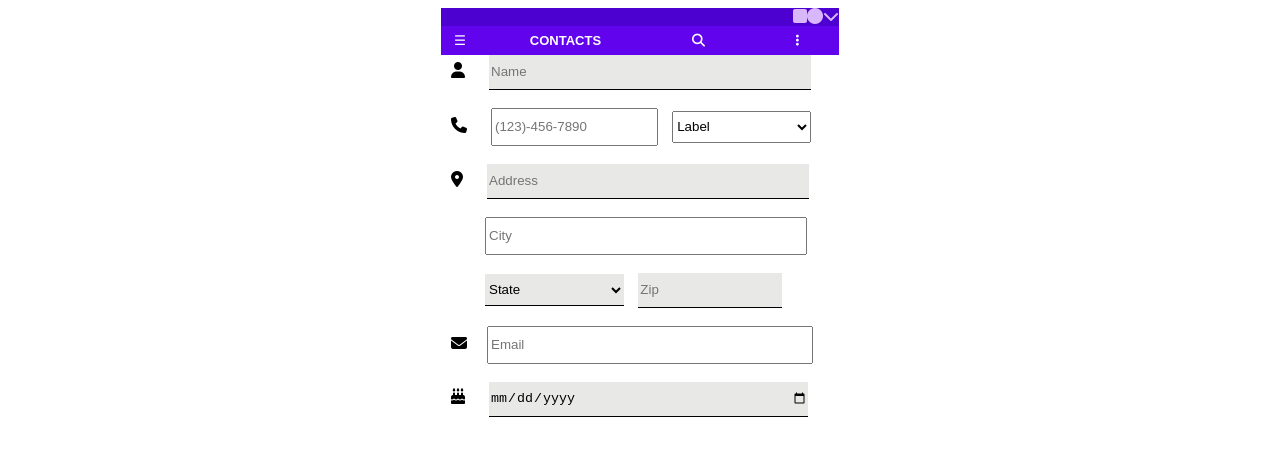
Repository: Sc-Juju/Mobile-Form
Page: index.html
These files come from the project's save history. The page is drawn as it stood at one moment and after the next save; the edit follows.
The browser window is 1280 px wide. The pictures show the whole page.
Some web libraries are served in a nearby version.

Above is the page before, as saved 2022-10-27 22:19:31.

After the next save:
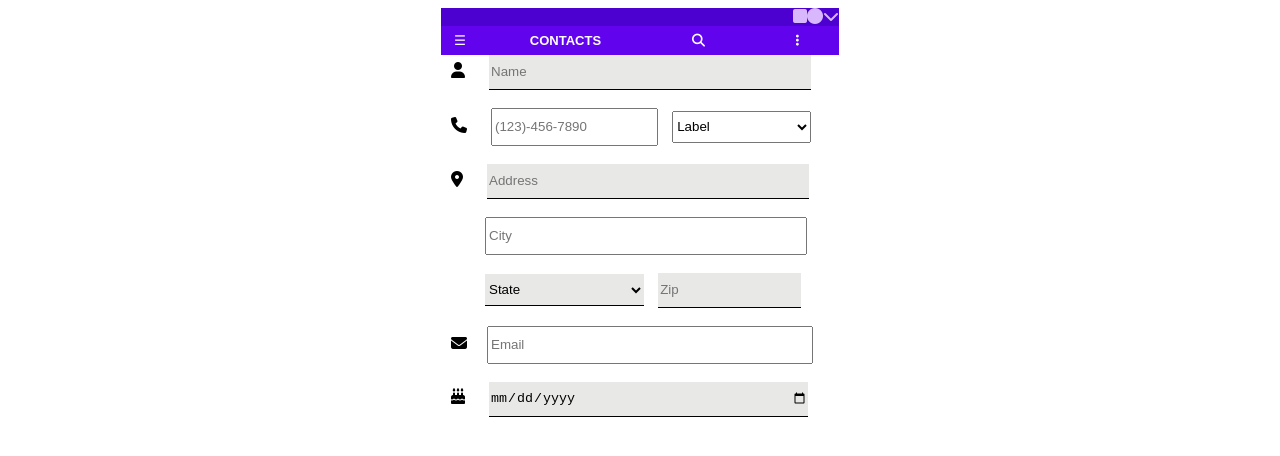
Saved 81 s later.
--- a/style.css
+++ b/style.css
@@ -108,3 +108,6 @@ label{
     width:80%;
     margin-left:-4px;
 }
+#state{
+    width:40%;
+}
